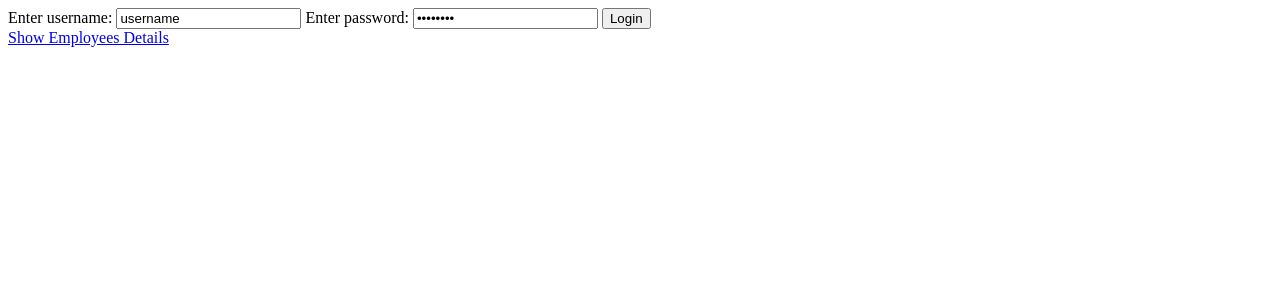
Repository: vidhatesanket/J2EE
Page: http://localhost/crudOperation/
An editor plug-in stored every save of this project. The page is shown before and after a run of saves, followed by the edit.
The browser window is 1280 px wide. The pictures show the whole page.
The page is served by Tomcat 9. Other server files are loaded and not shown.

Above is the page before, as saved 2024-01-09 07:11:06.

### crudOperation/src/main/webapp/index.jsp
<%@ page language="java" contentType="text/html; charset=ISO-8859-1"
    pageEncoding="ISO-8859-1"%>
<!DOCTYPE html>
<html>
<head>
<meta charset="ISO-8859-1">
<title>Insert title here</title>
</head>
<body>
<form action="validateUser" method="post">
	Enter username: <input type="text" value="username">
	Enter password: <input type="password" value="password">
	<input type="submit" value="Login">
</form>


<a href="displayEmployees">Show Employees Details</a>
</body>
</html>

After the next 2 saves:
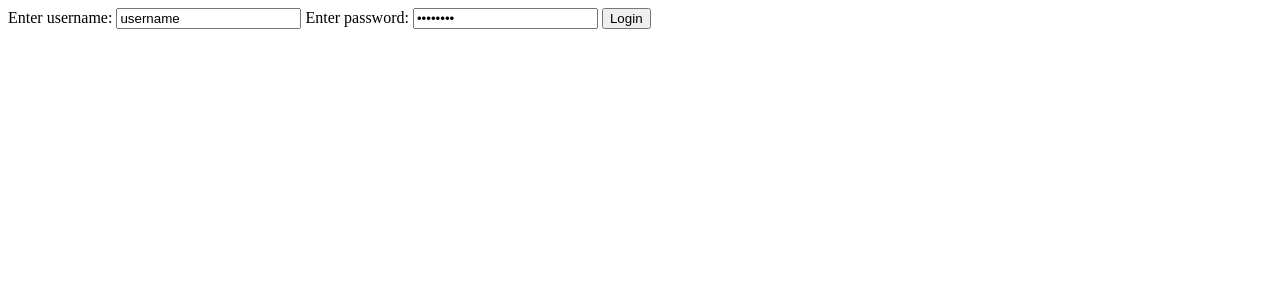
The 2 saves are shown as one change because they came seconds apart.
The last was saved 10 s later.
--- a/crudOperation/src/main/webapp/index.jsp
+++ b/crudOperation/src/main/webapp/index.jsp
@@ -12,8 +12,5 @@
 	Enter password: <input type="password" value="password">
 	<input type="submit" value="Login">
 </form>
-
-
-<a href="displayEmployees">Show Employees Details</a>
 </body>
 </html>
